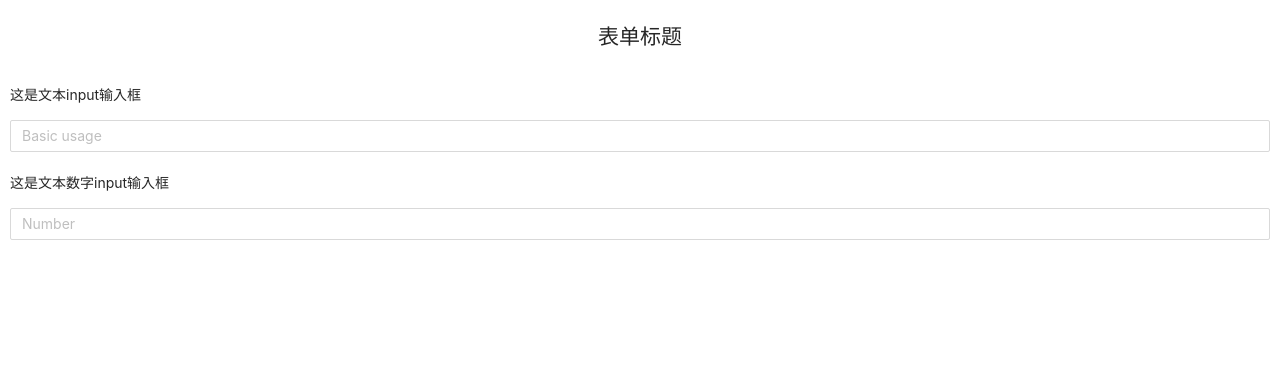
Repository: yangdi1993/form
Page: /
These files come from the project's save history. The page is drawn as it stood at one moment and after the next save; the edit follows.
The browser window is 1280 px wide. The pictures show the whole page.
The project was rebuilt for these pictures with package versions that can differ from the ones it lists, and the page was loaded fresh each time.

Above is the page before, as saved 2020-04-01 12:32:10.

After the next save:
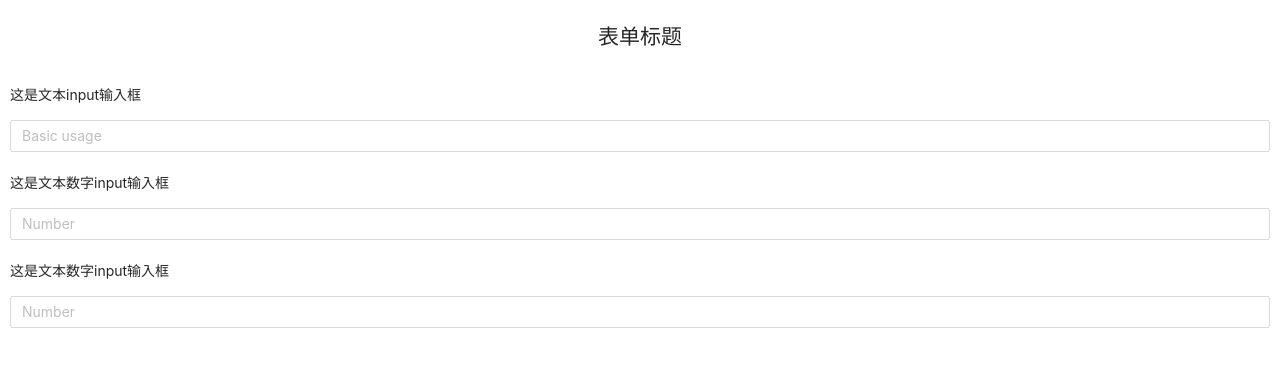
Saved 22 h 21 min later.
--- a/src/App.js
+++ b/src/App.js
@@ -15,6 +15,10 @@ const App = () => (
         <p className="numinput-title">这是文本数字input输入框</p>
         <InputNumber min={1} max={10} placeholder="Number" className="number-input" />
       </div>
+      <div className="question-cell">
+        <p className="numinput-title">这是文本数字input输入框</p>
+        <InputNumber min={1} max={10} placeholder="Number" className="number-input" />
+      </div>
     </div>
     <div className="form-submit">
     </div>
